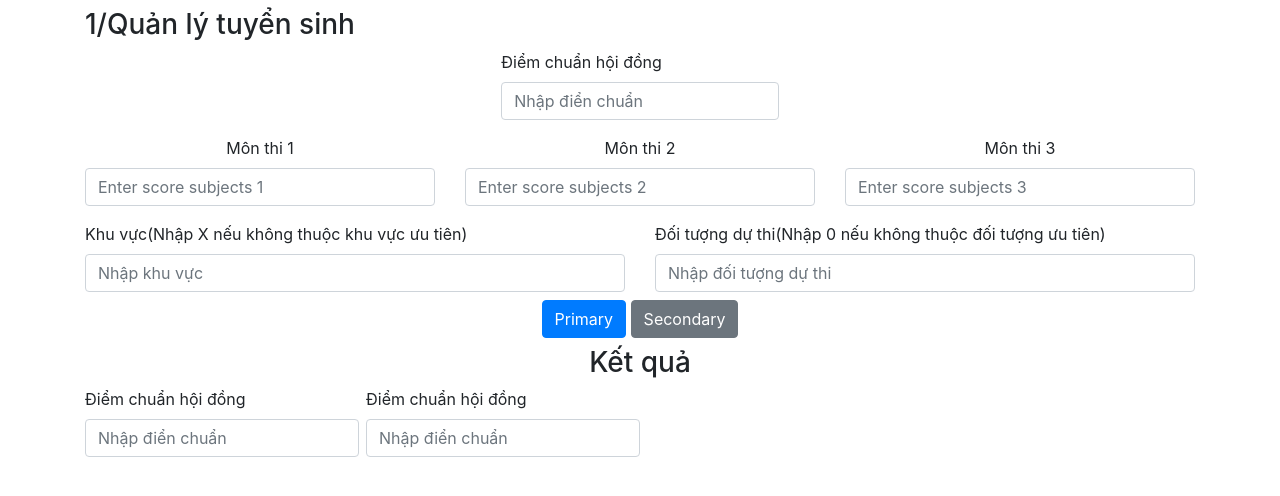
Repository: baobaodeveloper/bootcamp21__jsbasic4_HuynhAnhBao
Page: index.html
An editor plug-in stored every save of this project. The page is shown before and after the next save, followed by the edit.
The browser window is 1280 px wide. The pictures show the whole page.

Above is the page before, as saved 2022-03-13 17:50:37.

### index.html
<!DOCTYPE html>
<html lang="en">
  <head>
    <title>Exercise3</title>
    <!-- Required meta tags -->
    <meta charset="utf-8" />
    <meta
      name="viewport"
      content="width=device-width, initial-scale=1, shrink-to-fit=no"
    />

    <!-- Bootstrap CSS -->
    <link
      rel="stylesheet"
      href="https://stackpath.bootstrapcdn.com/bootstrap/4.3.1/css/bootstrap.min.css"
      integrity="sha384-ggOyR0iXCbMQv3Xipma34MD+dH/1fQ784/j6cY/iJTQUOhcWr7x9JvoRxT2MZw1T"
      crossorigin="anonymous"
    />
  </head>
  <body>
    <!-- 1/Quản lý tuyển sinh -->
    <div class="container mt-2">
      <h3>1/Quản lý tuyển sinh</h3>

      <div class="mb-3 w-25 m-auto">
        <label for="exampleFormControlInput1" class="score"
          >Điểm chuẩn hội đồng</label
        >
        <input
          type="email"
          class="form-control"
          id="exampleFormControlInput1"
          placeholder="Nhập điển chuẩn"
        />
      </div>

      <div class="row mt-3 text-center">
        <div class="col">
          <label class="score">Môn thi 1</label>
          <input
            type="text"
            class="form-control"
            placeholder="Enter score subjects 1"
          />
        </div>
        <div class="col">
          <label class="score">Môn thi 2</label>
          <input
            type="text"
            class="form-control"
            placeholder="Enter score subjects 2"
          />
        </div>
        <div class="col">
          <label class="score">Môn thi 3</label>
          <input
            type="text"
            class="form-control"
            placeholder="Enter score subjects 3"
          />
        </div>
      </div>

      <div class="row mt-3">
        <div class="col">
          <label class="score"
            >Khu vực(Nhập X nếu không thuộc khu vực ưu tiên)</label
          >
          <input type="text" class="form-control" placeholder="Nhập khu vực" />
        </div>
        <div class="col">
          <label class="score"
            >Đối tượng dự thi(Nhập 0 nếu không thuộc đối tượng ưu tiên)</label
          >
          <input
            type="text"
            class="form-control"
            placeholder="Nhập đối tượng dự thi"
          />
        </div>
      </div>

      <div class="text-center mt-2">
        <button type="button" class="btn btn-primary">Primary</button>
        <button type="button" class="btn btn-secondary">Secondary</button>
      </div>

      <h3 class="text-center mt-2">Kết quả</h3>

      <div class="mb-3 w-50 d-flex justify-content-between">
        <div>
          <label for="exampleFormControlInput1" class="score"
            >Điểm chuẩn hội đồng</label
          >
          <input
            type="email"
            class="form-control"
            id="exampleFormControlInput1"
            placeholder="Nhập điển chuẩn"
          />
        </div>

        <div>
          <label for="exampleFormControlInput1" class="score"
            >Điểm chuẩn hội đồng</label
          >
          <input
            type="email"
            class="form-control"
            id="exampleFormControlInput1"
            placeholder="Nhập điển chuẩn"
          />
        </div>
      </div>
    </div>
    <!-- Optional JavaScript -->
    <!-- jQuery first, then Popper.js, then Bootstrap JS -->
    <script
      src="https://code.jquery.com/jquery-3.3.1.slim.min.js"
      integrity="sha384-q8i/X+965DzO0rT7abK41JStQIAqVgRVzpbzo5smXKp4YfRvH+8abtTE1Pi6jizo"
      crossorigin="anonymous"
    ></script>
    <script
      src="https://cdnjs.cloudflare.com/ajax/libs/popper.js/1.14.7/umd/popper.min.js"
      integrity="sha384-UO2eT0CpHqdSJQ6hJty5KVphtPhzWj9WO1clHTMGa3JDZwrnQq4sF86dIHNDz0W1"
      crossorigin="anonymous"
    ></script>
    <script
      src="https://stackpath.bootstrapcdn.com/bootstrap/4.3.1/js/bootstrap.min.js"
      integrity="sha384-JjSmVgyd0p3pXB1rRibZUAYoIIy6OrQ6VrjIEaFf/nJGzIxFDsf4x0xIM+B07jRM"
      crossorigin="anonymous"
    ></script>

    <script src="exercise1.js"></script>
  </body>
</html>

Loaded but not shown: exercise1.js (no stored copy; drawn as an empty file)

After the next save:
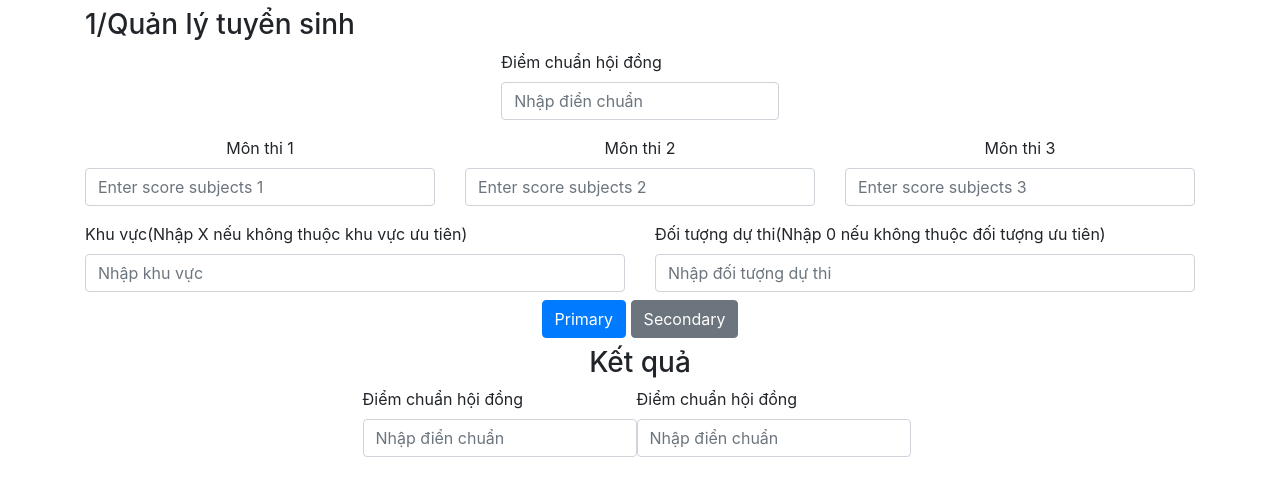
Saved 18 s later.
--- a/index.html
+++ b/index.html
@@ -87,7 +87,7 @@
 
       <h3 class="text-center mt-2">Kết quả</h3>
 
-      <div class="mb-3 w-50 d-flex justify-content-between">
+      <div class="mb-3 w-50 d-flex m-auto">
         <div>
           <label for="exampleFormControlInput1" class="score"
             >Điểm chuẩn hội đồng</label
